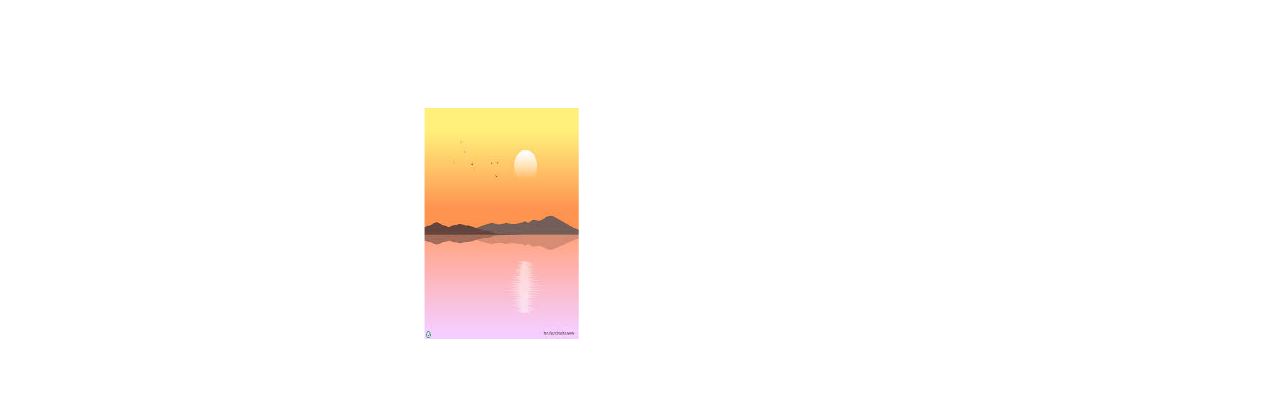
Repository: b1996om/HTML-CSS_study
Page: pro08/public/backface-visibility.html
The author's editor kept a copy of each file at every save. The page is drawn from the files as they stood at one save, then again after the next save.
The browser window is 1280 px wide. The pictures show the whole page.

Above is the page before, as saved 2022-12-08 07:18:07.

### pro08/public/backface-visibility.html
<!DOCTYPE html>
<html lang="ko">
<head>
	<meta charset="utf-8">
	<title>Perspective</title>
	<style>
		h1 {
			font-size:60px;
		}
		div {
			width:200px;
			height:200px;
		}
		.con {
			border:1x solid black;
			perspextive:300px;
			margin-top:100px;
			margin-left:100px;
			float:left;
		}
		.box {
			background:blue;
			transform:rotateY(135deg);
		}
		#back1 {
			backface-visibility:hidden;
		}
		#back2 {
			backface-visibility:visible;
		}
	</style>
</head>
<body>
	<div class="con">
		<div class="box" id="back1">
			<img src="images/sunset.jpg" alt="선셋">
		</div>
	</div>
	<div class="con">
		<div class="box" id="back2">
			<img src="images/sunset.jpg" alt="선셋">
		</div>
	</div>
</body>
</html>

After the next save:
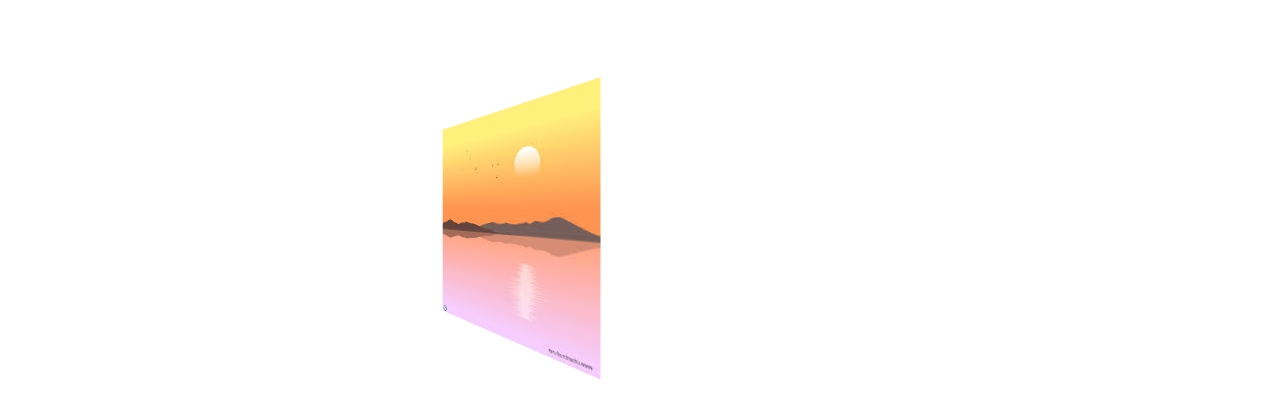
Saved 72 s later.
--- a/pro08/public/backface-visibility.html
+++ b/pro08/public/backface-visibility.html
@@ -13,7 +13,7 @@
 		}
 		.con {
 			border:1x solid black;
-			perspextive:300px;
+			perspective:300px;
 			margin-top:100px;
 			margin-left:100px;
 			float:left;
